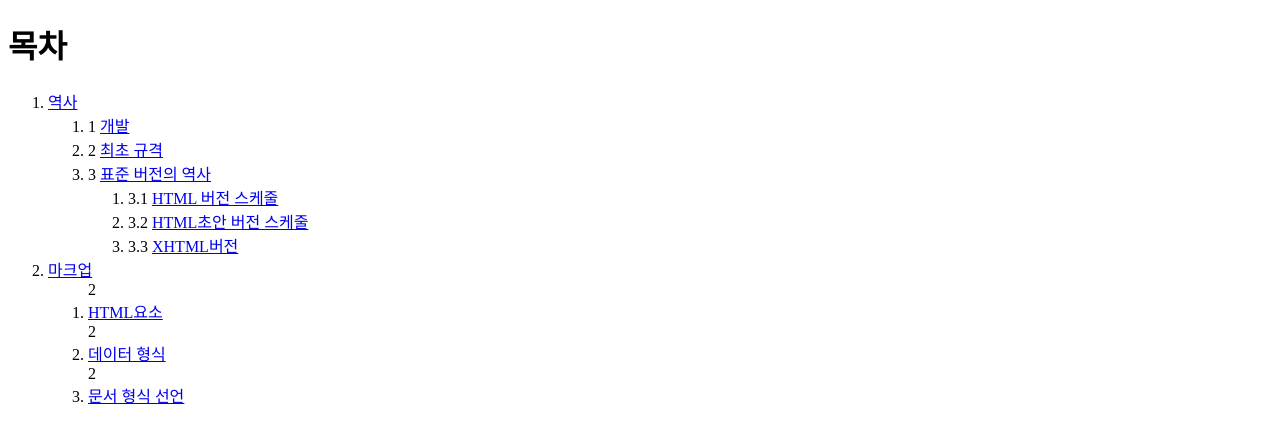
Repository: ggandory/CODE
Page: 6/wiki/index.html
These files come from the project's save history. The page is drawn as it stood at one moment and after the next save; the edit follows.
The browser window is 1280 px wide. The pictures show the whole page.

Above is the page before, as saved 2024-02-07 23:49:35.

After the next save:
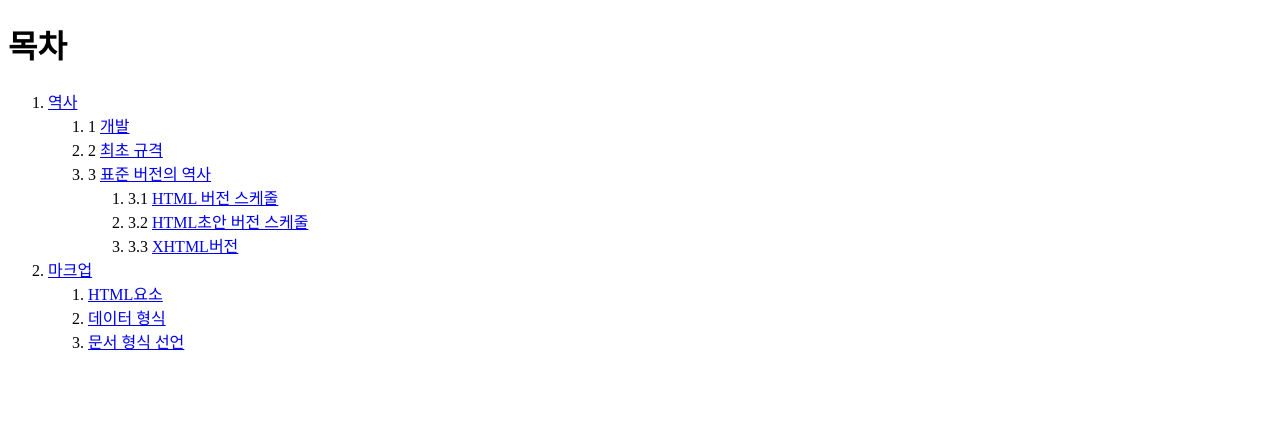
Saved 76 s later.
--- a/6/wiki/index.html
+++ b/6/wiki/index.html
@@ -44,15 +44,12 @@
         <li>
           <a href="#">마크업</a>
           <ol>
-            <span>2</span>
             <li>
               <a href="#">HTML요소</a>
             </li>
-            <span>2</span>
             <li>
               <a href="#">데이터 형식</a>
             </li>
-            <span>2</span>
             <li>
               <a href="#">문서 형식 선언</a>
             </li>
